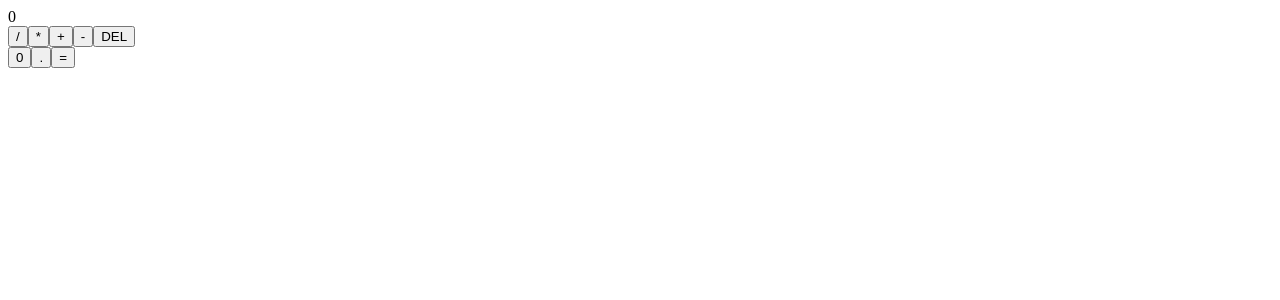
Repository: wakoya-tech/calculator-app
Page: /
These files come from the project's save history. The page is drawn as it stood at one moment and after the next save; the edit follows.
The browser window is 1280 px wide. The pictures show the whole page.
The project was rebuilt for these pictures with package versions that can differ from the ones it lists, and the page was loaded fresh each time. Also part of the build but not shown: vite.config.js, src/App.css.

Above is the page before, as saved 2025-10-16 22:37:11.

After the next save:
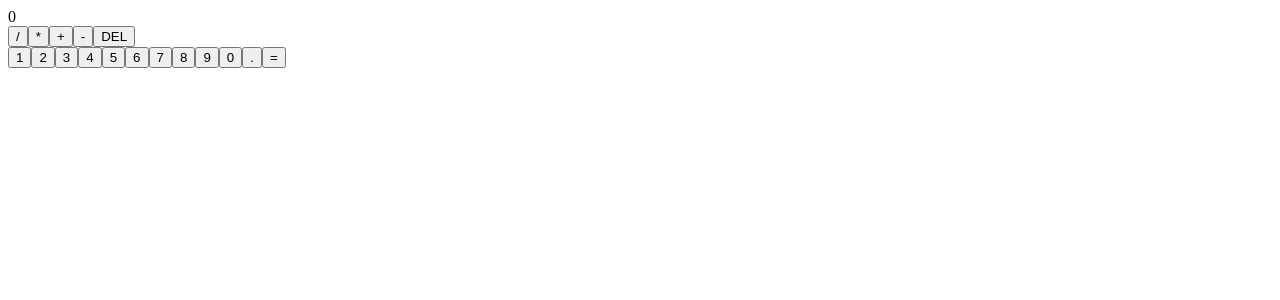
Saved 71 s later.
--- a/src/App.jsx
+++ b/src/App.jsx
@@ -6,6 +6,7 @@ function App() {
         <button key={i}>{i}</button>
       )
     }
+    return digits;
   }
   return (
     <div className="App">
@@ -21,7 +22,7 @@ function App() {
         <button>DEL</button>
       </div>
       <div className="digits">
-        {createDigits()}
+        {createDigits() }
         <button>0</button>
         <button>.</button>
         <button>=</button>
